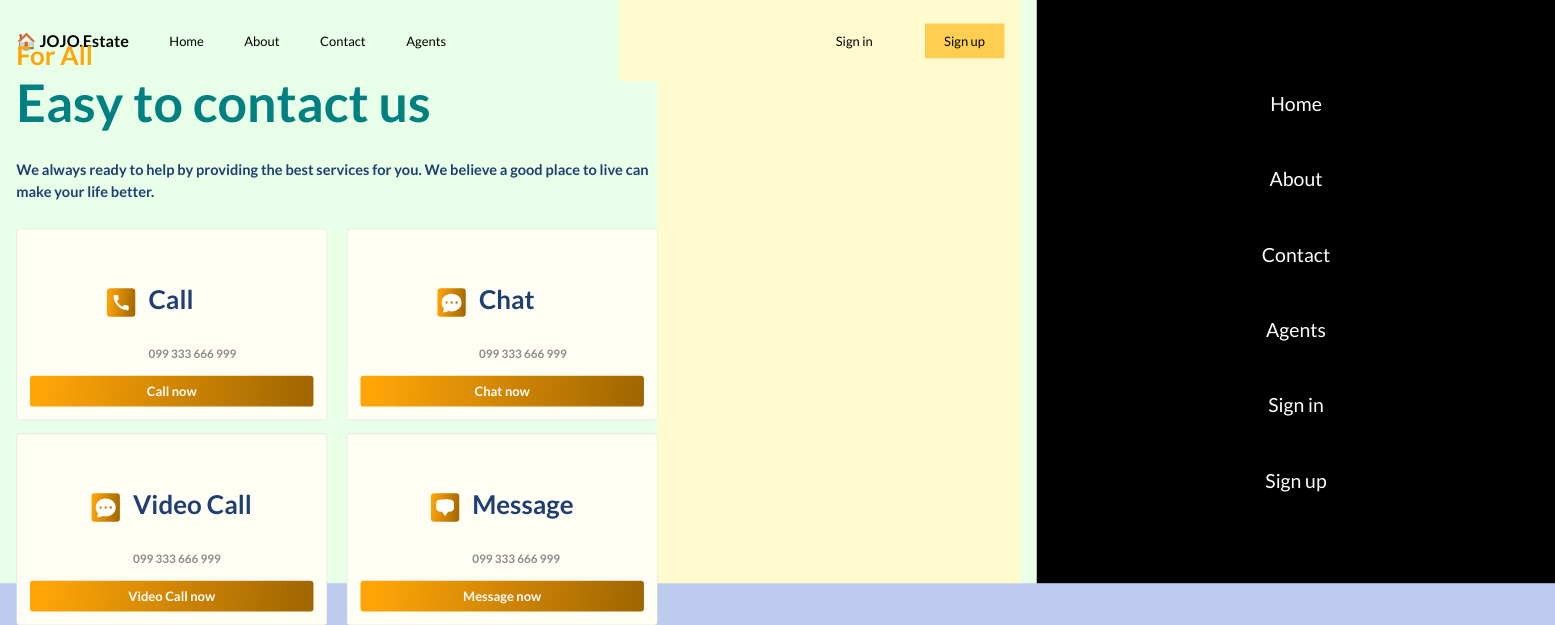
Repository: AiTrinh303/JOJO-estate
Page: /contact (app in client/)
These files come from the project's save history. The page is drawn as it stood at one moment and after a run of saves; the edit follows.
The browser window is 1280 px wide. The page is 1920 px wide, so the pictures cover 1920 px, including what lies to the right of the window. The pictures show the whole page, at 81% of full size.
The page's requests for data from a server got no answer. The project was rebuilt for these pictures with package versions that can differ from the ones it lists, and the page was loaded fresh each time. No one was signed in, and anything a server would have sent is missing. Also part of the build but not shown: client/vite.config.js, client/src/components/searchBar/searchBar.scss, client/src/components/searchBar/SearchBar.jsx, client/src/routes/homePage/homePage.scss, client/src/routes/homePage/homePage.jsx, client/src/routes/listPage/listPage.scss, client/src/components/filter/filter.scss, client/src/components/filter/Filter.jsx and 30 more. Imported but missing from the stored project, and not drawn on this page: client/src/components/uploadWidget/UploadWidget.

Above is the page before, as saved 2024-10-15 14:58:51.

### client/index.html
<!DOCTYPE html>
<html lang="en">
  <head>
    <meta charset="UTF-8" />
    <link rel="icon" type="image/svg+xml" href="/logo.png" />
    <meta name="viewport" content="width=device-width, initial-scale=1.0" />
    <title>🏠JOJO Estate App</title>
    <meta name="description" content="Buy, Sell and Rent Properties" />
    <link
      href="https://fonts.googleapis.com/css2?family=Lato:ital,wght@0,100;0,300;0,400;0,700;0,900;1,100;1,300;1,400;1,700;1,900&display=swap"
      rel="stylesheet"
    />
  </head>
  <body>
    <div id="root"></div>
    <script type="module" src="/src/main.jsx"></script>
  </body>
</html>

### client/src/App.jsx
import { createBrowserRouter, RouterProvider } from "react-router-dom";
import { Layout, RequireAuth } from "./routes/layout/layout";
import HomePage from "./routes/homePage/homePage";
import ListPage from "./routes/listPage/listPage";
import SinglePage from "./routes/singlePage/singlePage";
import ProfilePage from "./routes/profilePage/profilePage";
import Login from "./routes/login/login";
import Register from "./routes/register/register";
import ProfileUpdatePage from "./routes/profileUpdatePage/profileUpdatePage";
import NewPostPage from "./routes/newPostPage/newPostPage";
import NotFoundPage from "./routes/notFoundPage/notFoundPage";
import { listPageLoader, profilePageLoader, singlePageLoader } from "./lib/loaders";
import AboutPage from "./routes/aboutPage/aboutPage";
import ContactPage from "./routes/contactPage/contactPage";

function App() {
  const router = createBrowserRouter([
    {
      path: "/",
      element: <Layout />,
      children: [
        {
          path: "/",
          element: <HomePage />,
        },
        {
          path: "/about",
          element: <AboutPage />,
        },
        {
          path: "/contact",
          element: <ContactPage />,
        },
        {
          path: "/list",
          element: <ListPage />,
          loader: listPageLoader,
        },
        {
          path: "/:id",
          element: <SinglePage />,
          loader: singlePageLoader,
        },
        {
          path: "/login",
          element: <Login />,
        },
        {
          path: "/register",
          element: <Register />,
        }
      ],
    },
    {
      path: "/",
      element: <RequireAuth />,
      children: [
        {
          path: "/profile",
          element: <ProfilePage />,
          loader: profilePageLoader
        },
        {
          path: "/profile/update",
          element: <ProfileUpdatePage />,
        },
        {
          path: "/add",
          element: <NewPostPage />,
        },
      ],
    },
    {
      path: "*",
      element: <NotFoundPage />,
    }
  ]);

  return <RouterProvider router={router} />;
}

export default App;

### client/src/index.scss
*{
  padding: 0;
  margin: 0;
  box-sizing: border-box;
}

a {
  text-decoration: none;
  color: inherit;
}

body{
  font-family: "Lato", sans-serif;
  overflow: hidden;
  background-color: #bdcbee;

}

### client/src/context/AuthContext.jsx
import { createContext, useEffect, useState } from "react";

export const AuthContext = createContext();

export const AuthContextProvider = ({ children }) => {
  const [currentUser, setCurrentUser] = useState(JSON.parse(localStorage.getItem("user")) || null );

  const updateUser = (data) => {
    setCurrentUser(data);
  };

  useEffect(() => {
    localStorage.setItem("user", JSON.stringify(currentUser));
  }, [currentUser]);

  return (
    <AuthContext.Provider value={{ currentUser,updateUser }}>
      {children}
    </AuthContext.Provider>
  );
};

### client/src/context/SocketContext.jsx
import { createContext, useContext, useEffect, useState } from "react";
import { io } from "socket.io-client";
import { AuthContext } from "./AuthContext";

export const SocketContext = createContext();

export const SocketContextProvider = ({ children }) => {
  const { currentUser } = useContext(AuthContext);
  const [socket, setSocket] = useState(null);

  useEffect(() => {
    setSocket(io("http://localhost:4444"));
  }, []);

  useEffect(() => {
    currentUser && socket?.emit("newUser", currentUser.id);
  }, [currentUser, socket]);

  return (
    <SocketContext.Provider value={{ socket }}>
      {children}
    </SocketContext.Provider>
  );
};

### client/src/routes/layout/layout.jsx
import "./layout.scss";
import Navbar from "../../components/navbar/Navbar";
import { Navigate, Outlet } from "react-router-dom";
import { useContext } from "react";
import { AuthContext } from "../../context/AuthContext";

function Layout() {
  return (
    <div className="layout">
      <div className="navbar">
        <Navbar />
      </div>
      <div className="content">
        <Outlet />
      </div>
    </div>
  );
}

function RequireAuth() {
  const { currentUser } = useContext(AuthContext);

  if (!currentUser) return <Navigate to="/login" />;
  else {
    return (
      <div className="layout">
        <div className="navbar">
          <Navbar />
        </div>
        <div className="content">
          <Outlet />
        </div>
      </div>
    );
  }
}

export { Layout, RequireAuth };

### client/src/lib/loaders.js
import { defer } from "react-router-dom";
import apiRequest from "./apiRequest";

export const singlePageLoader = async ({ request, params }) => {
  const res = await apiRequest("/posts/" + params.id);
  return res.data;
};

export const listPageLoader = async ({ request, params }) => {
  // console.log(request)
  const query = request.url.split("?")[1];
  const postPromise = apiRequest("/posts?" + query);
  return defer({
    postResponse: postPromise,
  });
};

export const profilePageLoader = async () => {
  const postPromise = apiRequest("/users/profilePosts");
  const chatPromise = apiRequest("/chats");
  return defer({
    postResponse: postPromise,
    chatResponse: chatPromise,
  });
};

### client/src/routes/contactPage/contactPage.jsx
import './contactPage.scss'
import { MdCall } from "react-icons/md";
import { BsFillChatDotsFill } from "react-icons/bs";
import { HiChatBubbleBottomCenter } from 'react-icons/hi2'

const ContactPage = () => {
  return (
    <div className="contactPage">
      <div className="textContainer">
        <h3 >For All</h3>
        <h1 >Easy to contact us</h1>
        <span className="secondaryText">
            We always ready to help by providing the best services for you.
            We believe a good place to live can make your life better.
        </span>

        <div className="contactContainer">
            {/* first row */}
            <div className="row">
              <div className="mode">
                <div className="flexStart">
                  <div className="icon">
                    <MdCall size={25} />
                  </div>
                  <div className="detail">
                    <span className="primaryText">Call</span>
                    <span className="secondaryText">099 333 666 999</span>
                  </div>
                </div>
                <div className="button">Call now</div>
              </div>

              <div className="mode">
                <div className="flexStart">
                  <div className="icon">
                    <BsFillChatDotsFill size={25} />
                  </div>
                  <div className="detail">
                    <span className="primaryText">Chat</span>
                    <span className="secondaryText">099 333 666 999</span>
                  </div>
                </div>
                <div className="button">Chat now</div>
              </div>
            </div>

            {/* second row */}
            <div className="row">
              <div className="mode">
                <div className="flexStart">
                  <div className="icon">
                    <BsFillChatDotsFill size={25} />
                  </div>
                  <div className="detail">
                    <span className="primaryText">Video Call</span>
                    <span className="secondaryText">099 333 666 999</span>
                  </div>
                </div>
                <div className="button">Video Call now</div>
              </div>

              <div className="mode">
                <div className="flexStart">
                  <div className="icon">
                    <HiChatBubbleBottomCenter size={25} />
                  </div>
                  <div className="detail">
                    <span className="primaryText">Message</span>
                    <span className="secondaryText">099 333 666 999</span>
                  </div>
                </div>
                <div className="button">Message now</div>
              </div>
            </div>
          </div>
      </div>

      <div className="imgContainer">
        <img src="/contact.png" alt="Contact" />
      </div>
    </div>
  )
}

export default ContactPage

### client/src/routes/layout/layout.scss
@import "../../responsive.scss";

.layout {
  height: 100vh;
  max-width: 1366px;
  margin-left: auto;
  margin-right: auto;
  padding-left: 20px;
  padding-right: 20px;
  background: rgb(232, 255, 232);

  @include lg {
    max-width: 1280px;
  }

  @include md {
    max-width: 768px;
  }

  @include sm {
    max-width: 640px;
  }

  .content {
    // flex: 1;
    height: calc(100vh - 100px);
  }
}

### client/src/components/navbar/Navbar.jsx
import { useContext, useState } from "react";
import "./navbar.scss";
import { Link } from "react-router-dom";
import { AuthContext } from "../../context/AuthContext";
import { useNotificationStore } from "../../lib/notificationStore";

function Navbar() {
  const [open, setOpen] = useState(false);

  const { currentUser } = useContext(AuthContext);

  const fetch = useNotificationStore((state) => state.fetch);
  const number = useNotificationStore((state) => state.number);

  if(currentUser) fetch();

  return (
    <nav>
      <div className="left">
        <Link to="/" className="logo">
          <span>🏠 JOJO.Estate</span>
        </Link>
        <Link to="/">Home</Link>
        <Link to="/about">About</Link>
        <Link to="/contact">Contact</Link>
        <a href="/">Agents</a>
      </div>

      <div className="right">
        {currentUser ? (
          <div className="user">
            <img src={currentUser.avatar || "/noavatar.jpg"} alt="avatar" />
            <span>{currentUser.username}</span>
            <Link to="/profile" className="profile">
              {number > 0 && <div className="notification">{number}</div>}
              <span>Profile</span>
            </Link>
          </div>
        ) : (
          <>
            <Link to="/login">Sign in</Link>
            <Link to="/register" className="register">
              Sign up
            </Link>
          </>
        )}

            <div className="menuIcon">
                <img
                  src="/menu.png"
                  alt="menu"
                  onClick={() => setOpen((prev) => !prev)}/>
            </div>

        <div className={open ? "menu active" : "menu"}>
          <Link to="/">Home</Link>
          <Link to="/about">About</Link>
          <Link to="/contact">Contact</Link>
          <a href="/">Agents</a>
          <Link to="/login">Sign in</Link>
          <Link to="/register">Sign up</Link>
        </div>

      </div>
    </nav>
  );
}

export default Navbar;

### client/src/lib/apiRequest.js
import axios from "axios";


const apiRequest = axios.create({
  baseURL: "http://localhost:8888/api",
  withCredentials: true,
});

export default apiRequest;

### client/src/routes/contactPage/contactPage.scss
@import "../../responsive.scss";

.contactPage{
    display: flex;
    height: 100%;

    .textContainer {
      flex: 3;
      display: flex;
      flex-direction: column;
      justify-content: center;
      align-items: flex-start;

      h1{
        font-size: 64px;
        color: #008080;
      }

      h3 {
        color : #FFA508;
        font-size: 32px;
      }

      span {
        color: #1f3e72;
        font-weight: bold;
        font-size: 18px;
        line-height: 1.5;
        margin-top: 2rem;
       }

      .contactContainer{
        display: flex;
        flex-direction: column;
        justify-content: center;
        align-items: flex-start;
        margin-top: 2rem;
        gap: 1rem;

        .row{
            display: flex;
            justify-content: flex-start;
            align-items: center;
            gap: 1.5rem;

            .mode{
                display: flex;
                justify-content: center;
                align-items: center;
                flex-direction: column;
                width: 24rem;
                padding: 1rem;
                border: 0.8px solid rgba(115, 114, 114, 0.143);
                border-radius: 5px;
                gap: 1rem;
                transition: all 300ms ease-in;
                background: #FFFEF4;
                .flexStart{
                    display: flex;
                    justify-content: flex-start;
                    align-items: center;
                    gap: 1rem;
                    .icon {
                        display: flex;
                        justify-content: center;
                        align-items: center;
                        color: white;
                        background: linear-gradient(97.05deg, #FFA508 3.76%, #9f6500 100%);
                        border: none;
                        border-radius: 4px;
                        padding: 5px;
                    }
                    .detail{
                        display: flex;
                        flex-direction: column;
                        justify-content: center;
                        align-items: flex-start;
                        padding-top: 15px;
                        .primaryText {
                            color: #1f3e72;
                            font-weight: bold;
                            font-size: 2rem;
                          }

                        .secondaryText {
                            color: rgb(140 139 139);
                            font-size: 0.9rem;
                          }
                    }
                }
                .button{
                    display: flex;
                    justify-content: center;
                    align-items: center;
                    font-weight: 500;
                    width: 100%;
                    padding: 0.6rem 1.4rem;
                    color: white;
                    font-weight: 700;
                    background: linear-gradient(97.05deg, #FFA508 3.76%, #9f6500 100%);
                    border: none;
                    border-radius: 4px;
                    transition: all 300ms ease-in;
                }
            }

        }
      }
    }

    .imgContainer {
        flex: 2;
        background-color: #fffbce;
        position: relative;
        display: flex;
        align-items: center;

        @include md {
          display: none;
        }

        img {
          width: 100%;
          position: absolute;
          border-top-left-radius: 250px;
          border-top-right-radius: 250px;
          border: 8px solid rgb(232 232 232 / 93%);
          right: -5px;
          opacity: 0;
          animation: fade-in-slide-up 2s ease-in-out forwards;

          @include lg {
            width: 85%;
          }
        }
    }

}

### client/src/responsive.scss
@mixin sm {
  @media (max-width: 738px) {
    @content;
  }
};

@mixin md {
  @media (max-width: 1024px) {
    @content;
  }
};

@mixin lg {
  @media (max-width: 1366px) {
    @content;
  }
};

### client/src/components/navbar/navbar.scss
@import "../../responsive.scss";

nav {
  height: 100px;
  display: flex;
  justify-content: space-between;
  align-items: center;

  a {
    transition: all 0.4s ease;

    @include sm {
      display: none;
    }

    &:hover {
      scale: 1.08;
    }
  }

  .left {
    flex: 3;
    display: flex;
    align-items: center;
    gap: 50px;

    .logo {
      font-weight: bold;
      font-size: 20px;
      display: flex;
      align-items: center;
      gap: 3px;

      span {
        @include md {
          display: none;
        }

        @include sm {
          display: initial;
        }
      }
    }
  }
  .right {
    flex: 2;
    display: flex;
    align-items: center;
    justify-content: flex-end;
    background-color: #fffbce;
    ;
    height: 100%;

    @include md {
      background-color: transparent;
    }

    a {
      padding: 12px 24px;
      margin: 20px;
    }

    .user{
      display: flex;
      align-items: center;
      font-weight: bold;

      img{
        width: 40px;
        height: 40px;
        border-radius: 50%;
        object-fit: cover;
        margin-right: 20px;
      }

      span{
        @include sm{
          display: none;
        }
      }

      .profile{
        padding: 12px 24px;
        background-color: #fece51;
        cursor: pointer;
        border: none;
        position: relative;

        .notification{
          position: absolute;
          top: -8px;
          right: -8px;
          background-color: red;
          color: white;
          border-radius: 50%;
          width: 26px;
          height: 26px;
          display: flex;
          align-items: center;
          justify-content: center;
        }

      }
    }

    .register {
      background-color: #fece51;
    }

    .menuIcon {
      display: none;
      z-index: 999;

      img {
        width: 36px;
        height: 36px;
        cursor: pointer;
      }

      @include sm {
        display: inline;
      }
    }

    .menu {
      position: absolute;
      top: 0;
      right: -50%;
      background-color: black;
      color: white;
      height: 100vh;
      width: 50%;
      transition: all 1s ease;
      display: flex;
      flex-direction: column;
      align-items: center;
      justify-content: center;
      font-size: 24px;

      &.active {
        right: 0;
      }

      @include sm {
        a {
          display: initial;
        }
      }
    }
  }
}

Loaded but not shown: client/src/main.jsx (common file); client/src/lib/accordion.jsx (common file); client/src/lib/notificationStore.js (common file)

After the next 2 saves:
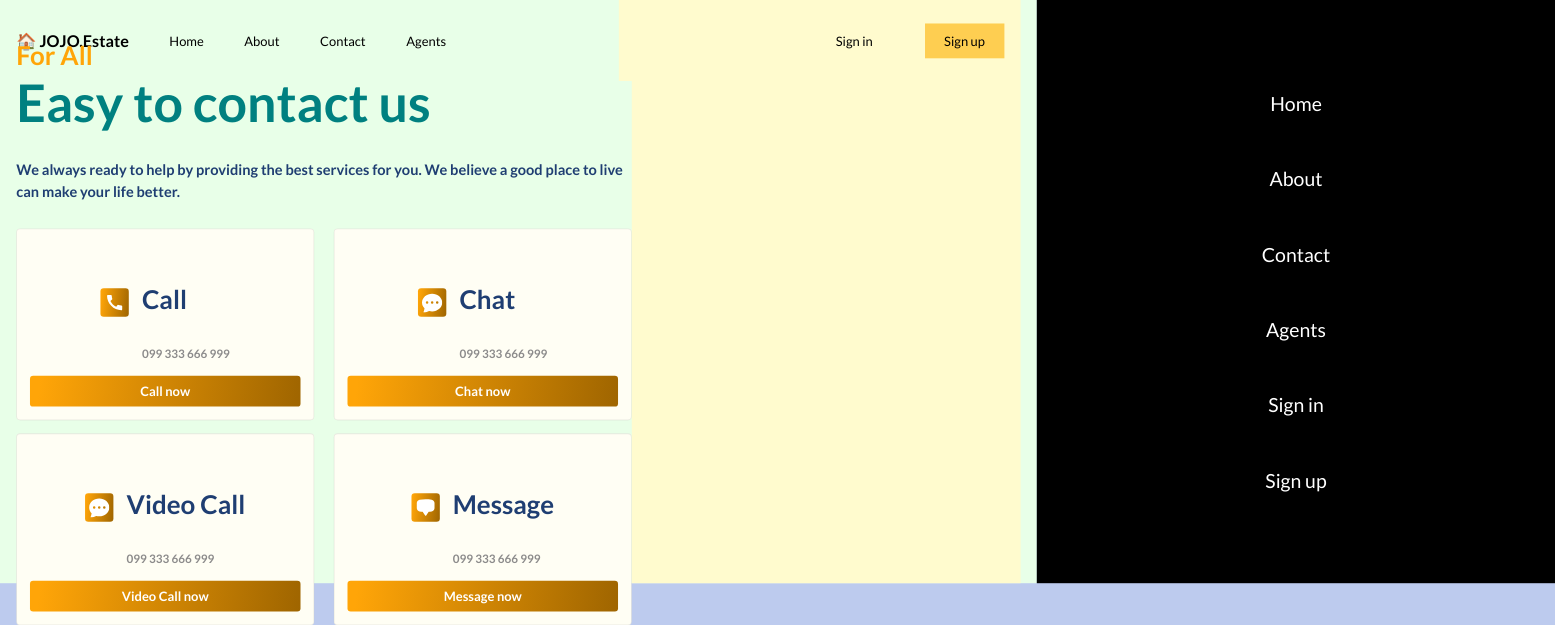
The 2 saves are shown as one change because they came seconds apart.
The last was saved 12 s later.
--- a/client/src/routes/contactPage/contactPage.scss
+++ b/client/src/routes/contactPage/contactPage.scss
@@ -48,7 +48,7 @@
                 justify-content: center;
                 align-items: center;
                 flex-direction: column;
-                width: 24rem;
+                width: 23rem;
                 padding: 1rem;
                 border: 0.8px solid rgba(115, 114, 114, 0.143);
                 border-radius: 5px;
